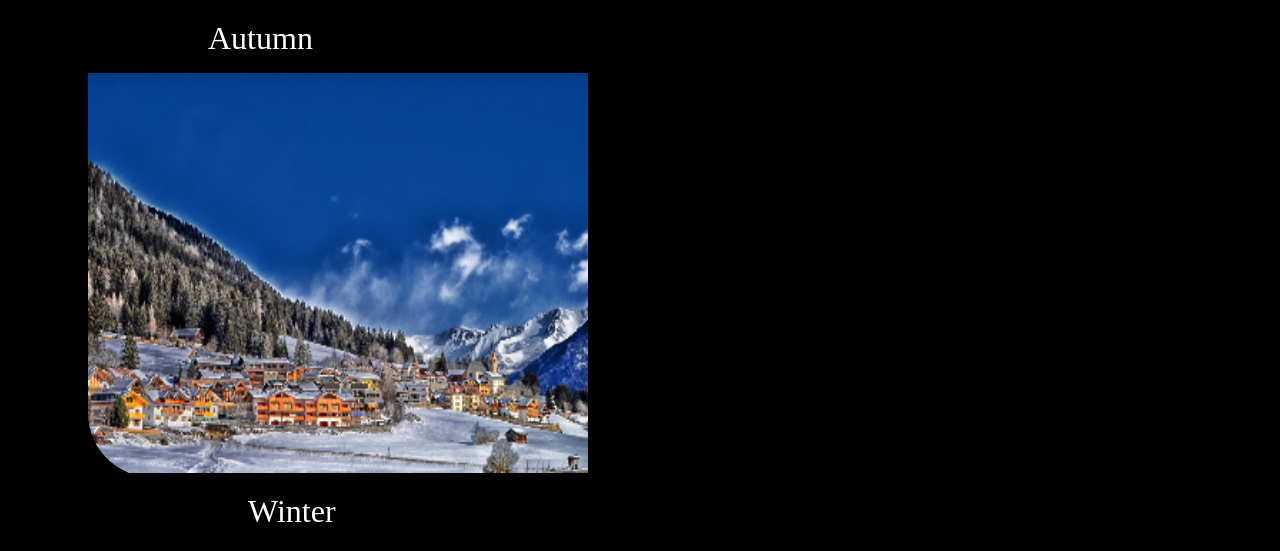
Repository: TheRealCisco/f2017CST336
Page: Challenge/ch1.html
The author's editor kept a record of every edit. The page is drawn from the files as they stood at one moment, then again after the next edit.
The browser window is 1280 px wide. The pictures show the part of the page from y = 1412 to 1963 px (the page is 1963 px tall before and 1947 px after).

Above is the page before.

After the next edit:
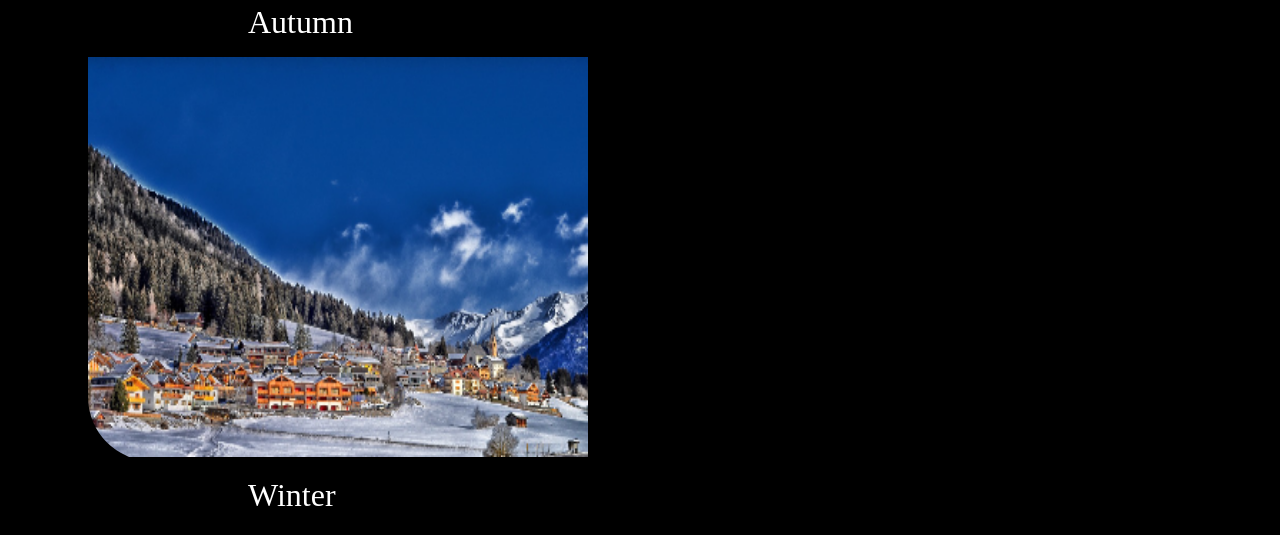
The edit:
--- a/Challenge/ch1.html
+++ b/Challenge/ch1.html
@@ -41,7 +41,7 @@
             <figure id="img">
                 <div id="img3">
                     <img src="Pic/fall.png" alt="Picture of fall"style="width:500px;height:400px;"/>
-                </figure>
+                </div>
             <figcaption id="txt">
                 Autumn
             </figcaption>
